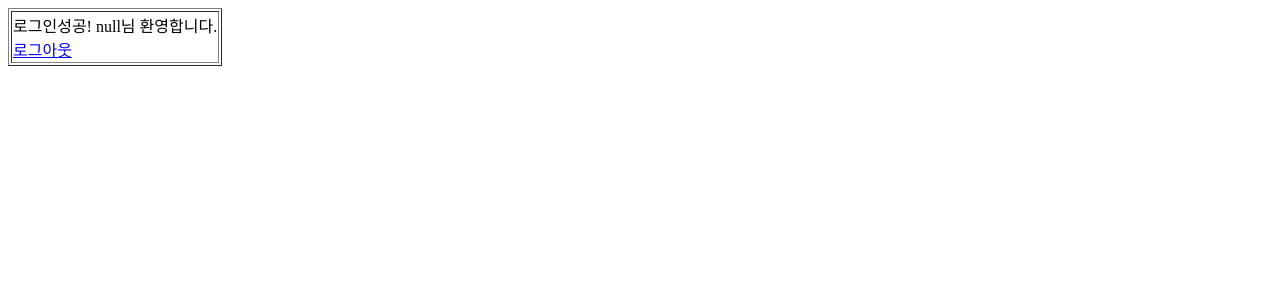
Repository: choiungsik/WEBStudy
Page: http://localhost/JDBC_copy/loginSuccess.jsp
An editor plug-in stored every save of this project. The page is shown before and after the next save, followed by the edit.
The browser window is 1280 px wide. The pictures show the whole page.
The page is served by Tomcat 9.

Above is the page before, as saved 2020-07-17 02:35:53.

After the next save:
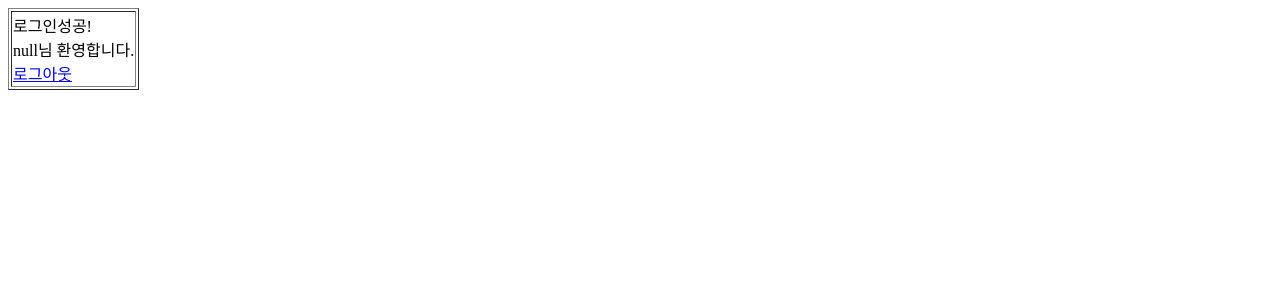
Saved 5 s later.
--- a/JDBC_copy/WebContent/loginSuccess.jsp
+++ b/JDBC_copy/WebContent/loginSuccess.jsp
@@ -11,7 +11,7 @@
 			System.out.println(name);%>
 		<table border="1">
 			<td>
-			로그인성공!
+			로그인성공!<br>
 			<a><%= name%>님 환영합니다.</a><br>
 			<a href="main.jsp">로그아웃</a>
 			</td>
